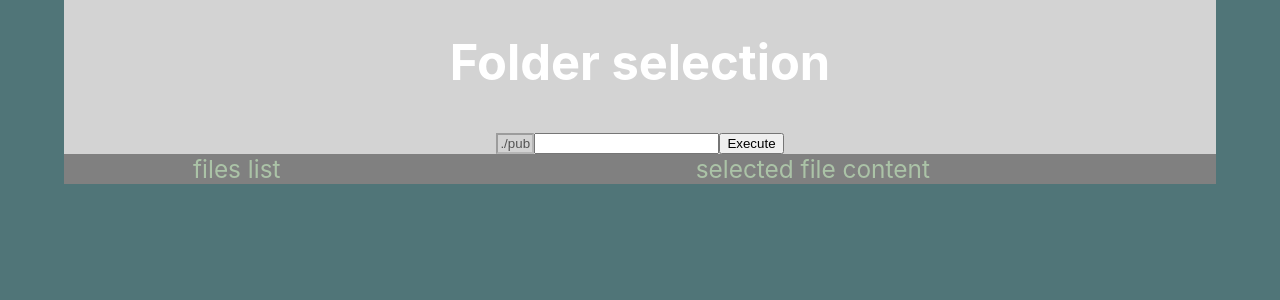
Repository: idubi/DevopsCourse
Page: / (app in lesson03/assignment/client/)
An editor plug-in stored every save of this project. The page is shown before and after the next save, followed by the edit.
The browser window is 1280 px wide. The pictures show the whole page.
The project was rebuilt for these pictures with package versions that can differ from the ones it lists, and the page was loaded fresh each time.

Above is the page before, as saved 2023-06-15 03:36:51.

After the next save:
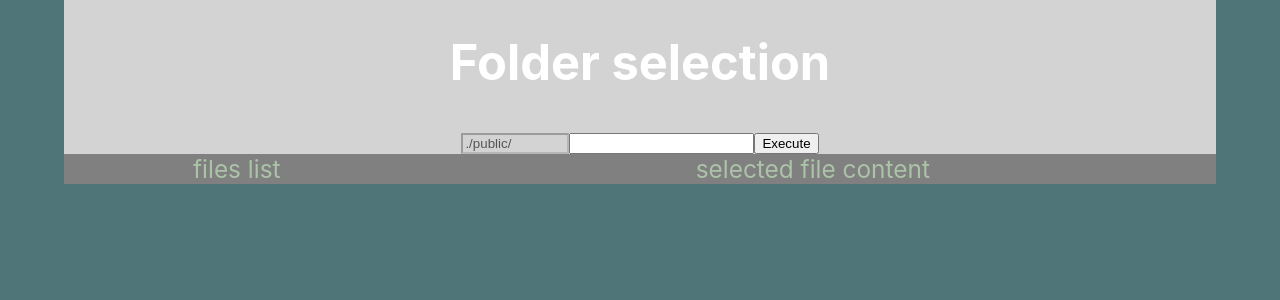
Saved 5 s later.
--- a/lesson03/assignment/client/src/components/FilesBrowser.js
+++ b/lesson03/assignment/client/src/components/FilesBrowser.js
@@ -62,6 +62,6 @@ const RightLowerDiv = styled.div`
 `;
 const Label = styled.input`
   background-color: lightgrey;
-  width: 30px;
+  width: 100px;
 `;
 export default FileBrowser;
